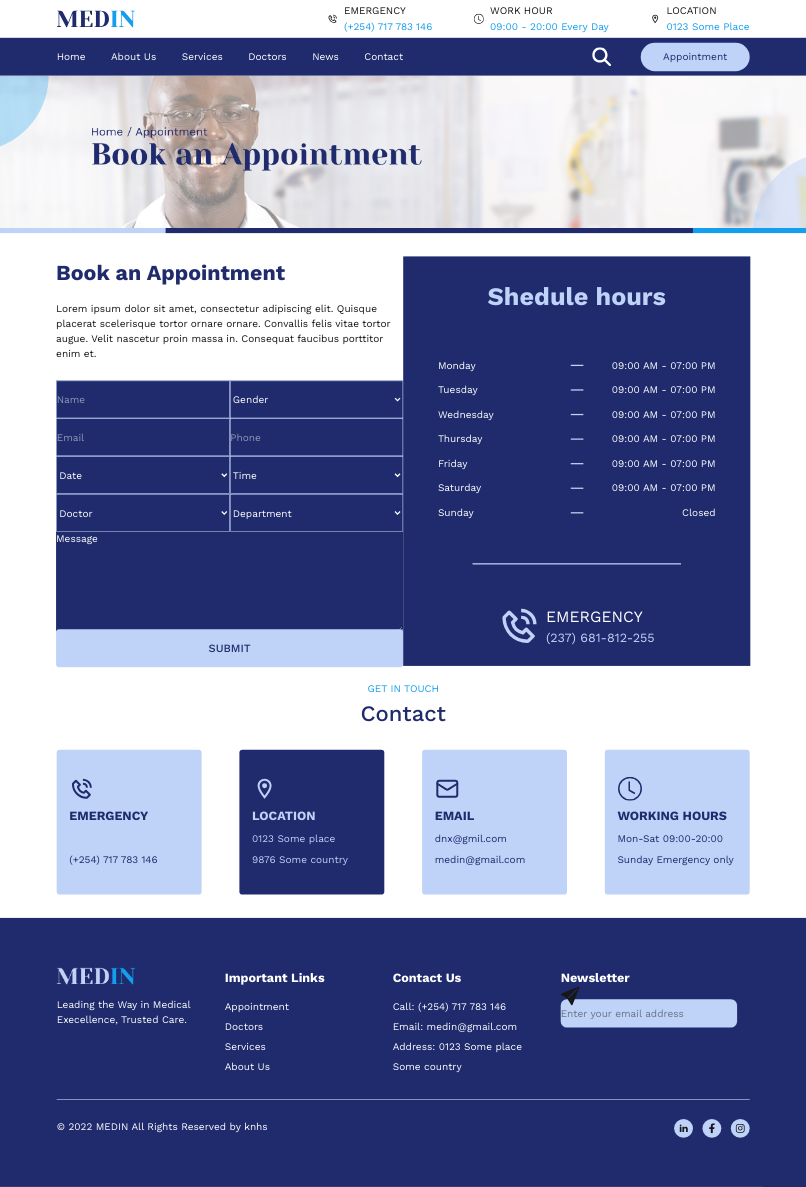
Repository: SynHK3/Poc_Hospital
Page: /appointment (app in fe_hospital/)
An editor plug-in stored every save of this project. The page is shown before and after the next save, followed by the edit.
The browser window is 1280 px wide. The pictures show the whole page, at 63% of full size.
The project was rebuilt for these pictures with package versions that can differ from the ones it lists, and the page was loaded fresh each time. The framework's server and built-in components were replaced by stand-ins that run in the browser. Also part of the build but not shown: fe_hospital/next.config.ts.

Above is the page before, as saved 2025-09-02 23:08:16.

### fe_hospital/src/app/layout.tsx
import type { Metadata } from "next";
import { Geist, Geist_Mono, Work_Sans } from "next/font/google";
import "./globals.css";

const geistSans = Geist({
  variable: "--font-geist-sans",
  subsets: ["latin"],
});

const geistMono = Geist_Mono({
  variable: "--font-geist-mono",
  subsets: ["latin"],
});

const workSans = Work_Sans({
  subsets: ["latin"],
  weight: ["400", "500", "600", "700"], // chọn các weight cần
});

export const metadata: Metadata = {
  title: "Create Next App",
  description: "Generated by create next app",
};

export default function RootLayout({
  children,
}: Readonly<{
  children: React.ReactNode;
}>) {
  return (
    <html lang="en">
      <body
        className={`${workSans.className} ${geistMono.variable} antialiased`}
      >
        {children}
      </body>
    </html>
  );
}

### fe_hospital/src/app/appointment/page.tsx
import Header from "@/components/header/header";
import "./appointment.css";
import Contact from "@/components/contact/contact";
import Footer from "@/components/footer/footer";

import { BiPhoneCall } from "react-icons/bi";

export default function Appointment() {
  return (
    <div>
      <Header></Header>
      <div className="container__content--appointment">
        <div className="content__banner--appointment"></div>

        {/* Start Form Book AppointMent */}
        <div className="content--form--appointment">
          <div className="layout__content--submit--form--appointment">
            {/* Start Form Book Appointment */}
            <div className="container__form--submit--appointment">
              <h1 className="form__title">Book an Appointment</h1>
              <p className="form__description">
                Lorem ipsum dolor sit amet, consectetur adipiscing elit. Quisque
                placerat scelerisque tortor ornare ornare. Convallis felis vitae
                tortor augue. Velit nascetur proin massa in. Consequat faucibus
                porttitor enim et.
              </p>
              <form className="form__appointment">
                <div className="form__group">
                  <input
                    type="text"
                    placeholder="Name"
                    className="form__input form__input--half"
                  />
                  <select className="form__select form__select--half">
                    <option>Gender</option>
                  </select>
                </div>
                <div className="form__group">
                  <input
                    type="email"
                    placeholder="Email"
                    className="form__input form__input--half"
                  />
                  <input
                    type="tel"
                    placeholder="Phone"
                    className="form__input form__input--half"
                  />
                </div>
                <div className="form__group">
                  <select className="form__select form__select--half">
                    <option>Date</option>
                  </select>
                  <select className="form__select form__select--half">
                    <option>Time</option>
                  </select>
                </div>
                <div className="form__group">
                  <select className="form__select form__select--half">
                    <option>Doctor</option>
                  </select>
                  <select className="form__select form__select--half">
                    <option>Department</option>
                  </select>
                </div>
                <textarea
                  placeholder="Message"
                  className="form__textarea"
                ></textarea>
                <button type="submit" className="btn__submit--appointment">
                  SUBMIT
                </button>
                {/* End Form Book Appointment */}
              </form>
            </div>

            {/* Start Shedule Appoinment */}
            <div className="container__shedule--appointment">
              <h2 className="shedule__title">Shedule hours</h2>
              <ul className="shedule__list">
                <li className="shedule__item">
                  <span className="day">Monday</span>
                  <span className="line--day--time"></span>
                  <span className="time">09:00 AM - 07:00 PM</span>
                </li>
                <li className="shedule__item">
                  <span className="day">Tuesday</span>
                  <span className="line--day--time"></span>
                  <span className="time">09:00 AM - 07:00 PM</span>
                </li>
                <li className="shedule__item">
                  <span className="day">Wednesday</span>
                  <span className="line--day--time"></span>
                  <span className="time">09:00 AM - 07:00 PM</span>
                </li>
                <li className="shedule__item">
                  <span className="day">Thursday</span>
                  <span className="line--day--time"></span>
                  <span className="time">09:00 AM - 07:00 PM</span>
                </li>
                <li className="shedule__item">
                  <span className="day">Friday</span>
                  <span className="line--day--time"></span>
                  <span className="time">09:00 AM - 07:00 PM</span>
                </li>
                <li className="shedule__item">
                  <span className="day">Saturday</span>
                  <span className="line--day--time"></span>
                  <span className="time">09:00 AM - 07:00 PM</span>
                </li>
                <li className="shedule__item">
                  <span className="day">Sunday</span>
                  <span className="line--day--time"></span>
                  <span className="time">Closed</span>
                </li>
              </ul>

              <div className="shedule__line"></div>

              <div className="shedule__info--contact">
                <div className="shedule__info--contact--item">
                  <BiPhoneCall className="icon__contact--item"></BiPhoneCall>

                  <div className="shedule__info--contact--desc">
                    <h3>EMERGENCY</h3>
                    <h5>(237) 681-812-255</h5>
                  </div>
                </div>
              </div>

              {/* End Schedule Hours */}
            </div>

            {/* End Layout Form Book Appointment */}
          </div>
          {/* End Form Book AppointMent */}
        </div>
      </div>

      <Contact></Contact>
      <Footer></Footer>
    </div>
  );
}

### fe_hospital/src/components/header/header.tsx
import Logo from "../../images/Logo.svg";
import Image from "next/image";
import { BiPhoneCall } from "react-icons/bi";
import { FaMagnifyingGlass } from "react-icons/fa6";
import { BsClock } from "react-icons/bs";
import { MdOutlineLocationOn } from "react-icons/md";
import "./header.css";

export default function Header() {
  return (
    <div className="container__header">
      <div className="header__layout">
        <div className="header__headline">
          <Image src={Logo} width={125} height={42} alt=""></Image>

          <div className="header__headline--info">
            <div className="header__headline--info--item">
              <BiPhoneCall className="icon__info--item"></BiPhoneCall>

              <div className="header__headline--info--desc">
                <h3>EMERGENCY</h3>
                <h5>(+254) 717 783 146</h5>
              </div>
            </div>

            <div className="header__headline--info--item">
              <BsClock className="icon__info--item"></BsClock>

              <div className="header__headline--info--desc">
                <h3>WORK HOUR</h3>
                <h5>09:00 - 20:00 Every Day</h5>
              </div>
            </div>

            <div className="header__headline--info--item">
              <MdOutlineLocationOn className="icon__info--item"></MdOutlineLocationOn>

              <div className="header__headline--info--desc">
                <h3>LOCATION</h3>
                <h5>0123 Some Place</h5>
              </div>
            </div>
          </div>
        </div>

        <div className="header__nav">
          <div className="layout__header--nav">
            <ul className="header__list--nav">
              <li>Home</li>
              <li>About Us</li>
              <li>Services</li>
              <li>Doctors</li>
              <li>News</li>
              <li>Contact</li>
            </ul>

            <div className="header__nav--appoinment">
              <FaMagnifyingGlass fontSize={30}></FaMagnifyingGlass>

              <button className="header__btn--appointment">Appointment</button>
            </div>
          </div>
        </div>
      </div>
    </div>
  );
}

### fe_hospital/src/app/appointment/appointment.css
.container__content--appointment {
  width: 100%;
  height: auto;
}

.content__banner--appointment {
  width: 100%;
  height: 250px;
  background-image: url("./images/Content__Header__Appointment.png");
  background-repeat: no-repeat;
  background-size: cover;
  background-position: center;
}

.content--form--appointment {
  display: flex;
  margin-top: 37px;
  width: 100%;
  height: 650px;

  align-items: center;
  justify-content: center;
}

.layout__content--submit--form--appointment {
  display: flex;
  width: 1102px;
  height: 650px;
}

/* CSS Form Appointment */

.container__form--submit--appointment {
  width: 50%;
  height: 650px;
}
.form__title {
  color: #1f2b6c;
  font-weight: bold;
  font-size: 34px;
}

.form__description {
  margin-top: 20px;
}

.form__appointment {
  margin-top: 30px;
}

.form__group {
  display: flex;
}

.form__input,
.form__select {
  width: 100%;
  height: 60px;
  background-color: #1f2b6c;
  border: 1px solid #bfd2f8;
  color: white;
  font-size: 1rem;
}

/* .form__select {
  appearance: none;
  background-image: url('data:[embedded picture, 232 characters]');
  background-repeat: no-repeat;
  background-position: right 15px center;
  background-size: 12px;
} */

.form__textarea {
  width: 100%;
  height: 158px;
  resize: vertical;
  background-color: #1f2b6c;
  color: white; /* màu chữ người dùng nhập */
}

.form__textarea::placeholder {
  color: white; /* đổi màu placeholder "Message" thành trắng */
  opacity: 1; /* đảm bảo không bị mờ */
}

.btn__submit--appointment {
  margin-top: -10px;
  width: 100%;
  height: 60px;
  background-color: #bfd2f8;
  color: #1f2b6c;
  border-radius: 5px;
  font-size: 1.1rem;
  font-weight: 500;
  cursor: pointer;
}

/* End Form Appoint Ment */

/* Start Shedule Appoinment */

.container__shedule--appointment {
  display: flex;
  flex-direction: column;
  align-items: center;
  justify-content: space-around;
  width: 50%;
  height: 650px;
  background-color: #1f2b6c;
}

.shedule__title {
  font-size: 2.5rem;
  font-weight: bold;

  text-align: center;
  color: #bfd2f8;
}

.shedule__list {
  width: 80%;
  margin: 0 auto;
  display: flex;
  flex-direction: column;
  gap: 15px; /* khoảng cách giữa các item */
}

.shedule__item {
  color: #ffff;
  display: flex;
  align-items: center;
}

.shedule__item .day {
  flex: 1;
  text-align: left;
}

.shedule__item .line--day--time {
  width: 20px; /* cố định 10px */
  height: 2px;
  background-color: #bfd2f8;
  margin: 0 8px;
}

.shedule__item .time {
  flex: 1;
  text-align: right;
}

.shedule__line {
  width: 331px;
  height: 2px;
  background-color: #bfd2f8;
}

/* Icon contact */
.shedule__info--contact--item {
  height: 60px;
  display: flex;
  align-items: center;
}

.icon__contact--item {
  font-size: 65px;
  margin-right: 10px;
  color: #bfd2f8;
}

.shedule__info--contact--desc > h3 {
  color: white;
  font-size: 25px;
}

.shedule__info--contact--desc > h5 {
  font-size: 20px;
  color: #bfd2f8;
}

/* End Shedule Appointment */

/* Map In Appointment  */
.container__content--map {
  width: 1100px;
  height: 450px;
  background-color: red;
}

### fe_hospital/src/components/contact/contact.tsx
import "./contact.css";

import { BiPhoneCall } from "react-icons/bi";
import { MdOutlineLocationOn } from "react-icons/md";
import { LuMail } from "react-icons/lu";
import { BsClock } from "react-icons/bs";

export default function Contact() {
  return (
    <div className="container__contact">
      <div className="container__layout--contact">
        <div className="content__contact--headline">
          <h6>GET IN TOUCH</h6>
          <h1>Contact</h1>
        </div>

        <ul className="content__list--contact">
          <li>
            <div className="contact--item">
              <BiPhoneCall className="contact__item--icon"></BiPhoneCall>
              <h1>EMERGENCY</h1>

              <h3 style={{ visibility: "hidden" }}>dnx@gmil.com</h3>
              <p>(+254) 717 783 146</p>
            </div>
          </li>
          <li>
            <div className="contact--item">
              <MdOutlineLocationOn className="contact__item--icon"></MdOutlineLocationOn>
              <h1>LOCATION</h1>

              <p>0123 Some place</p>
              <p>9876 Some country</p>
            </div>
          </li>
          <li>
            <div className="contact--item">
              <LuMail className="contact__item--icon"></LuMail>
              <h1>EMAIL</h1>

              <p>dnx@gmil.com</p>
              <p>medin@gmail.com</p>
            </div>
          </li>
          <li>
            <div className="contact--item">
              <BsClock className="contact__item--icon"></BsClock>
              <h1 className="headline--item">WORKING HOURS</h1>

              <p>Mon-Sat 09:00-20:00</p>
              <p>Sunday Emergency only</p>
            </div>
          </li>
        </ul>
      </div>
    </div>
  );
}

### fe_hospital/src/components/footer/footer.tsx
import "./footer.css";
import { RiLinkedinFill } from "react-icons/ri";
import { FaFacebookF } from "react-icons/fa";
import { FaInstagram } from "react-icons/fa";
import Image from "next/image";
import LogoFooter from "../../images/Logo__Footer.png";
import { BsFillSendFill } from "react-icons/bs";

export default function Footer() {
  return (
    <div className="container__footer">
      <div className="container__layout--footer">
        <ul className="list__footer--item">
          <li>
            <div>
              <Image src={LogoFooter} width={125} height={42} alt=""></Image>
              <h1 className="headline__footer">
                Leading the Way in Medical Execellence, Trusted Care.
              </h1>
            </div>
          </li>
          <li>
            <div>
              <h1 className="footer--item--headline">Important Links</h1>
              <ul className="list--item--footer--link">
                <li>Appointment</li>
                <li>Doctors</li>
                <li>Services</li>
                <li>About Us</li>
              </ul>
            </div>
          </li>

          <li>
            <div>
              <h1 className="footer--item--headline">Contact Us</h1>
              <ul className="list--item--footer--contact">
                <li>Call: (+254) 717 783 146</li>
                <li>Email: medin@gmail.com</li>
                <li>Address: 0123 Some place</li>
                <li>Some country</li>
              </ul>
            </div>
          </li>
          <li>
            <div>
              <h1 className="footer--item--headline">Newsletter</h1>
              <div className="container__input--send--mail">
                <input
                  className="input__footer--send--mail"
                  placeholder="Enter your email address"
                ></input>

                <BsFillSendFill
                  className="footer__icon--send--mail"
                  fontSize={30}
                ></BsFillSendFill>
              </div>
            </div>
          </li>
        </ul>

        <div className="footer--line"></div>

        <div className="footer--link--social">
          <h3>© 2022 MEDIN All Rights Reserved by knhs</h3>

          <ul className="list--icon--link--social">
            <li>
              <RiLinkedinFill></RiLinkedinFill>
            </li>
            <li>
              <FaFacebookF></FaFacebookF>
            </li>
            <li>
              <FaInstagram></FaInstagram>
            </li>
          </ul>
        </div>
      </div>
    </div>
  );
}

### fe_hospital/src/components/header/header.css
.container__header {
  width: 100%;
  height: 120px;
}

.header__layout {
  display: flex;
  flex-direction: column;
  align-items: center;
  width: 100%;
}

.header__headline {
  display: flex;
  justify-content: space-between;
  width: 1100px;
  height: 60px;
}

.header__headline--info {
  width: 670px;
  display: flex;
  justify-content: space-between;
}

.header__headline--info--desc > h5 {
  color: #159eec;
}

.header__headline--info--item {
  height: 60px;
  display: flex;
  align-items: center;
}

.icon__info--item {
  font-size: 30;
  margin-right: 10px;
}

/* Header Nav */

.header__nav {
  display: flex;
  align-items: center;
  justify-content: center;
  width: 100%;
  height: 60px;
  background-color: #1f2b6c;
  color: white;
}

.layout__header--nav {
  display: flex;
  justify-content: space-between;
  align-items: center;
  width: 1100px;
  height: 60px;
}

.header__list--nav {
  width: 550px;
  display: flex;
  justify-content: space-between;
}

.header__nav--appoinment {
  width: 250px;
  height: 45px;
  display: flex;
  justify-content: space-between;
  align-items: center;
}

.header__btn--appointment {
  color: #1f2b6c;
  width: 173px;
  height: 45px;
  background-color: #bfd2f8;
  border-radius: 30px;
}

### fe_hospital/src/components/contact/contact.css
.container__contact {
  display: flex;
  width: 100%;
  height: 400px;
  justify-content: center;
}

.container__layout--contact {
  display: flex;
  flex-direction: column;
  justify-content: space-between;
  width: 1100px;
  height: 363px;
}

.content__contact--headline {
  display: flex;
  flex-direction: column;
  width: 100%;
  height: 127px;
  align-items: center;
  justify-content: center;
}

.content__list--contact {
  display: flex;
  justify-content: space-between;
  align-items: center;
}

.content__contact--headline > h1 {
  font-size: 35px;
  font-weight: 500;
  color: #1f2b6c;
}
.content__contact--headline > h6 {
  color: #159eec;
}

.content__list--contact > li {
  display: flex;
  align-items: center;
  width: 230px;
  height: 230px;
  background-color: #bfd2f8;
  border-radius: 5px;
}

.content__list--contact > li:nth-child(2) {
  background-color: #1f2b6c;
}

.content__list--contact > li:nth-child(2) > div > p,
.content__list--contact > li:nth-child(2) > div > h1,
.content__list--contact > li:nth-child(2) > div > .contact__item--icon {
  color: #bfd2f8;
}

.contact--item {
  margin-left: 20px;
  display: flex;
  flex-direction: column;
  justify-content: space-between;
  width: 126px;
  height: 145px;
}

.contact--item > h1 {
  width: 230px;
  font-size: 20px;
  font-weight: 700;
  color: #1f2b6c;
}

.contact--item > p {
  width: 230px;
  color: #1f2b6c;
}

.headline--item {
  width: 140px;
}

.contact__item--icon {
  width: 40px;
  height: 38px;
  color: #1f2b6c;
}

### fe_hospital/src/components/footer/footer.css
.container__footer {
  display: flex;
  width: 100%;
  height: 427px;
  justify-content: center;
  align-items: center;
  background-color: #1f2b6c;
}

.container__layout--footer {
  display: flex;
  flex-direction: column;
  justify-content: space-between;
  width: 1100px;
  height: 270px;
}

/* Footer Items  */
.list__footer--item {
  display: flex;
  justify-content: space-between;
  height: 179px;
}

.footer--item--headline {
  color: white;
  font-weight: 700;
  font-size: 20px;
}

.list__footer--item > li {
  width: 220px;
  height: 179px;
}

.list__footer--item > li:last-child {
  display: flex;
  width: 300px;
}

.headline__footer {
  width: 250px;
  color: white;
}

/* Input SEND MAIL */
.container__input--send--mail {
  position: relative;
  width: 280px;
  display: flex;
  justify-content: space-between;
}

.input__footer--send--mail {
  width: 300px;
  height: 45px;
  background-color: #bfd2f8;
  border-radius: 10px;
}

.footer__icon--send--mail {
  position: absolute;
  right: 10;
  margin-top: 27;
}

.headline__footer,
.list--item--footer--link,
.list--item--footer--contact,
.input__footer--send--mail {
  margin-top: 20px;
}

.list--item--footer--link,
.list--item--footer--contact {
  display: flex;
  flex-direction: column;
  justify-content: space-between;
  height: 120px;
  color: white;
}

/* Footer Line */

.footer--line {
  width: 100%;
  height: 1px;
  background-color: #bfd2f8;
}

.footer--link--social {
  justify-content: space-between;
  display: flex;
}

.footer--link--social > h3 {
  color: white;
}

.list--icon--link--social {
  display: flex;
  justify-content: space-between;
  width: 120px;
}

.list--icon--link--social > li {
  display: flex;
  align-items: center;
  justify-content: center;
  width: 30px;
  height: 30px;
  background-color: #bfd2f8;
  border-radius: 50%;
}

Loaded but not shown: fe_hospital/src/app/globals.css (common file)

After the next save:
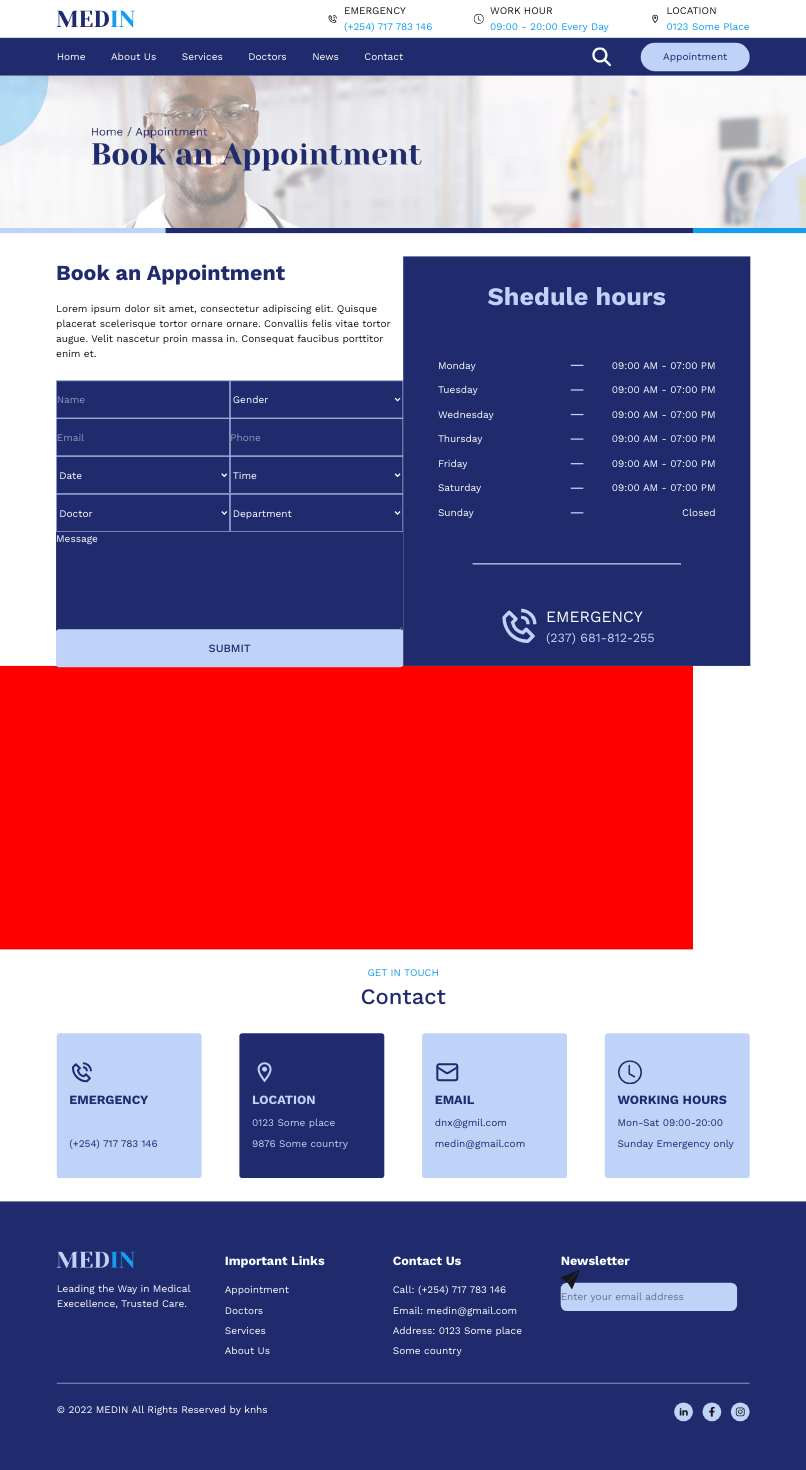
Saved 5 s later.
--- a/fe_hospital/src/app/appointment/page.tsx
+++ b/fe_hospital/src/app/appointment/page.tsx
@@ -137,6 +137,7 @@ export default function Appointment() {
         </div>
       </div>
 
+      <div className="container__content--map"></div>
       <Contact></Contact>
       <Footer></Footer>
     </div>
